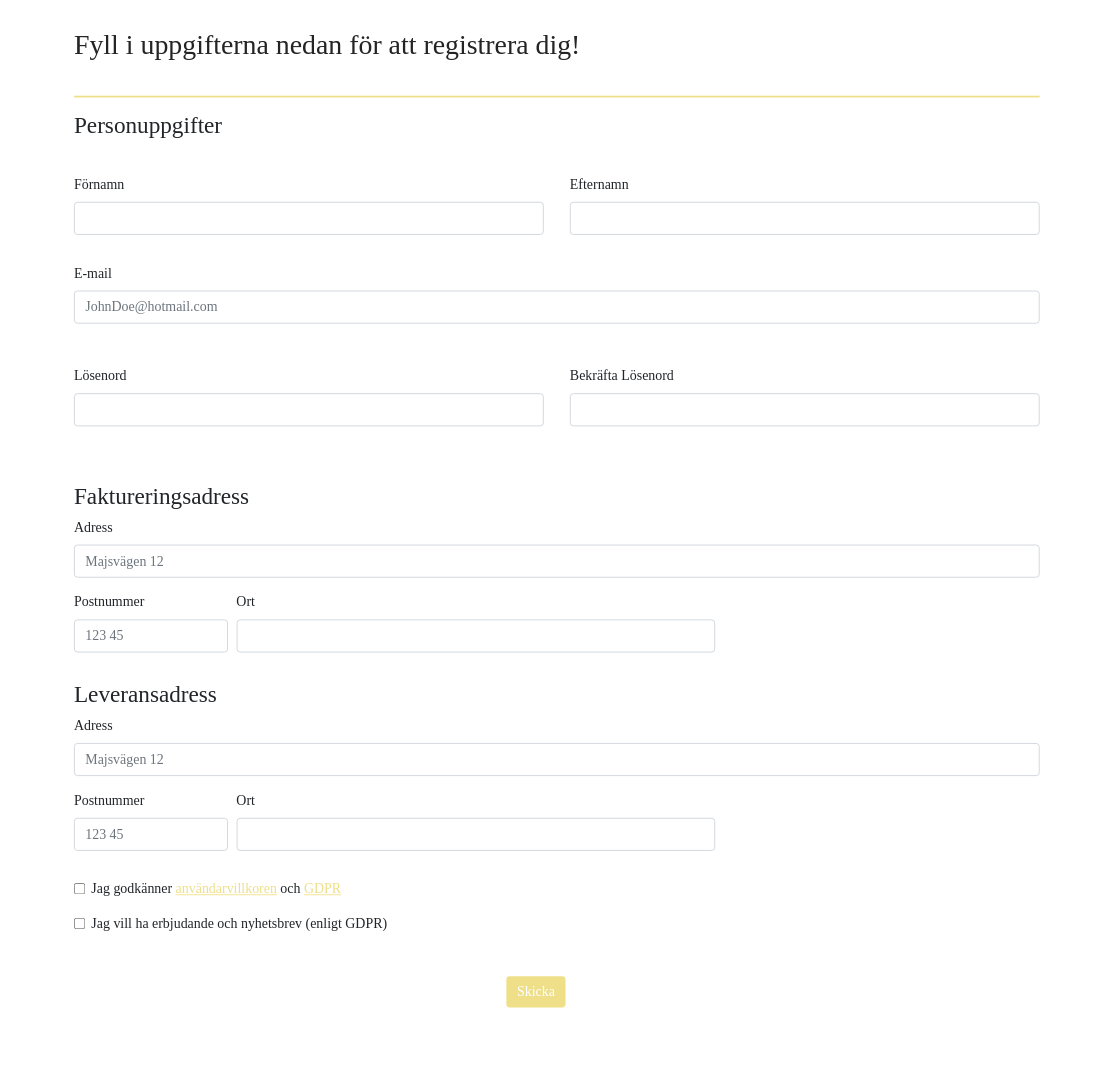
Repository: skepp4rn/Liamsuppgift3
Page: index.html
An editor plug-in stored every save of this project. The page is shown before and after a run of saves, followed by the edit.
The browser window is 1280 px wide. The pictures show the whole page, at 87% of full size.
Some web libraries are served in a nearby version.

Above is the page before, as saved 2020-12-06 13:31:23.
Console error (its wording comes from the project's code and is left out).

### index.html
<!DOCTYPE html>
<html lang="sv">
<head>
    <meta charset="UTF-8">
    <meta name="viewport" content="width=device-width, initial-scale=1.0">
    <script src="https://kit.fontawesome.com/ef4c0722a8.js" crossorigin="anonymous"></script>
    <link rel="stylesheet" href="https://cdn.jsdelivr.net/npm/bootstrap@4.5.3/dist/css/bootstrap.min.css" integrity="sha384-TX8t27EcRE3e/ihU7zmQxVncDAy5uIKz4rEkgIXeMed4M0jlfIDPvg6uqKI2xXr2" crossorigin="anonymous">
    <link rel="stylesheet" href="css/style.css">
     <title>Registreringsfromulär</title>
</head>
<body>


    <section class="container">
        <div class="formReg1">
            <h2>Fyll i uppgifterna nedan för att registrera dig!</h2>
        </div>
    </section>


    <form class="container" oninput='up2.setCustomValidity(up2.value != up.value ? "Passwords do not match." : "")'>
        <div class="line1"></div>
        <div>
            <h3>Personuppgifter</h3>
        </div>


        <div class="row">
            <div class="col">
                <label for="firstname">Förnamn</label>
                <input id="firstname" type="text" class="form-control" required>
            </div>

            <div class="col">
                <label for="lastname">Efternamn</label>
                <input id="lastname" type="text" class="form-control" required>
            </div>
        </div>


        <div class="form-group">
            <label for="exampleInputEmail1">E-mail</label>
            <input type="email" class="form-control" id="exampleInputEmail1" aria-describedby="emailHelp" placeholder="JohnDoe@hotmail.com" required>
        </div>


        <div class="row">
            <div class="col">
                <div class="form-group">
                    <label for="exampleInputPassword1">Lösenord</label>
                    <input type="password" class="form-control" name="up" id="exampleInputPassword1" required>
                </div>
            </div>
            <div class="col">
                <div class="form-group space">
                    <label for="exampleInputPassword2">Bekräfta Lösenord</label>
                    <input type="password" class="form-control" name="up2" id="exampleInputPassword2" required>
                </div>
            </div>
        </div>


        <div class="adress1"></div>
        <div>
            <h3>Faktureringsadress</h3>
        </div>


        <div class="form-group">
            <label for="inputAddress">Adress</label>
            <input type="text" class="form-control" id="inputAddress" placeholder="Majsvägen 12" required>
        </div>


        <div class="form-row">
            <div class="form-group col-md-2">
                <label for="inputZip">Postnummer</label>
                <input type="text" class="form-control" id="inputZip" placeholder="123 45" required>
            </div>
            <div class="form-group col-md-6 bottom">
                <label for="inputCity">Ort</label>
                <input type="text" class="form-control" id="inputCity" required>
            </div>
        </div>


        <div class="adress1"></div>
        <div>
            <h3>Leveransadress</h3>
        </div>


        <div class="form-group">
            <label for="inputAddress">Adress</label>
            <input type="text" class="form-control" id="inputAddress" placeholder="Majsvägen 12" required>
        </div>


        <div class="form-row">
            <div class="form-group col-md-2">
                <label for="inputZip">Postnummer</label>
                <input type="text" class="form-control" id="inputZip" placeholder="123 45" required>
            </div>
            <div class="form-group col-md-6 bottom">
                <label for="inputCity">Ort</label>
                <input type="text" class="form-control" id="inputCity" required>
            </div>
        </div>


        <div class="form-group form-check">
            <input type="checkbox" class="form-check-input" id="exampleCheck1" required>
            <label class="form-check-label" for="exampleCheck1">Jag godkänner <a class="linktext" href="anvandrarvillkor.html">användarvillkoren</a> och <a class="linktext" href="GDPR.html">GDPR</a></label>
        </div>


        <div class="form-group form-check">
            <input type="checkbox" class="form-check-input" id="exampleCheck2">
            <label class="form-check-label" for="exampleCheck1">Jag vill ha erbjudande och nyhetsbrev (enligt GDPR)</label>
        </div>


        <div class="button-center">
            <button formaction="thankyou.html" type="submit" class="colorbutton btn btn-primary">Skicka</button>
        </div>


        <div class="whitespace"></div>
    </form>

    <script src="https://cdn.jsdelivr.net/npm/bootstrap@4.5.3/dist/js/bootstrap.bundle.min.js" integrity="sha384-ho+j7jyWK8fNQe+A12Hb8AhRq26LrZ/JpcUGGOn+Y7RsweNrtN/tE3MoK7ZeZDyx" crossorigin="anonymous"></script>
</body>
</html>

### css/style.css
*{box-sizing:border-box}

html,body{margin:0;padding:0;font-family:'Times New Roman', Times, serif}
h3{font-size:20pt}.container{width:95vw;margin:auto}
.row{padding-top:2rem;display:grid;grid-template-columns:2fr;grid-template-rows:2fr 2fr}
.col{padding-bottom:2rem}
.whitespace{height:3rem}
@media (min-width: 768px){.row{display:grid;grid-template-rows:2fr;grid-template-columns:2fr 2fr}
.closepage{width:12vw;height:7vw !important;font-size:25pt}
.formReg1{grid-template-rows:15fr 1fr !important;padding-top:2rem;padding-bottom:2rem}
.thanks{width:70vw;margin:auto;height:40vw}
.thankyou{text-align:center;padding:2rem}}
@media (min-width: 1900px){.container{width:100vw !important}
.thanks{width:50vw;margin:auto;height:20vw}.tillbaka{width:12vw !important;height:2.5vw !important;font-size:20pt}
.formReg1{grid-template-rows:15fr 1fr !important;padding-top:2rem;padding-bottom:2rem}}
#firstname{color:#b6b6b6}
#lastname{color:#b6b6b6}
#exampleInputEmail1{color:#b6b6b6}
#exampleInputPassword1{color:#b6b6b6}
#exampleInputPassword2{color:#b6b6b6}
.button-center{padding: 2rem 3rem 3rem 0;display:flex;justify-content:center}
.colorbutton{background-color:#eedf88;border:none}
.line1{height:2px;background-color:#eedf88;margin-bottom:1rem}
.bottom{margin-bottom:2rem}
.linktext{color:#eedf88;text-decoration:underline}
.thanks{border:2px solid #eedf88;border-radius:10px;display:grid;grid-template-columns:1fr;grid-template-rows:3fr 1fr;justify-items:center;margin-top:8rem}
.thankyou{text-align:center;padding:2rem}
.closepage{background-color:#eedf88;border-radius:8px;text-align:center;width:40vw;height:7vw}
.closepage p{color:#ffffff;text-decoration:none}
.home{text-align:center}
.centrerade{display:grid;grid-template-columns:1fr;grid-template-rows:27fr 1fr;justify-items:center;margin:auto}
.gdpr{text-align:center}.welcome{padding-top:2rem;text-align:center}
.formReg1 h2{color:#242424}
.space{padding-bottom:1rem}

After the next 2 saves:
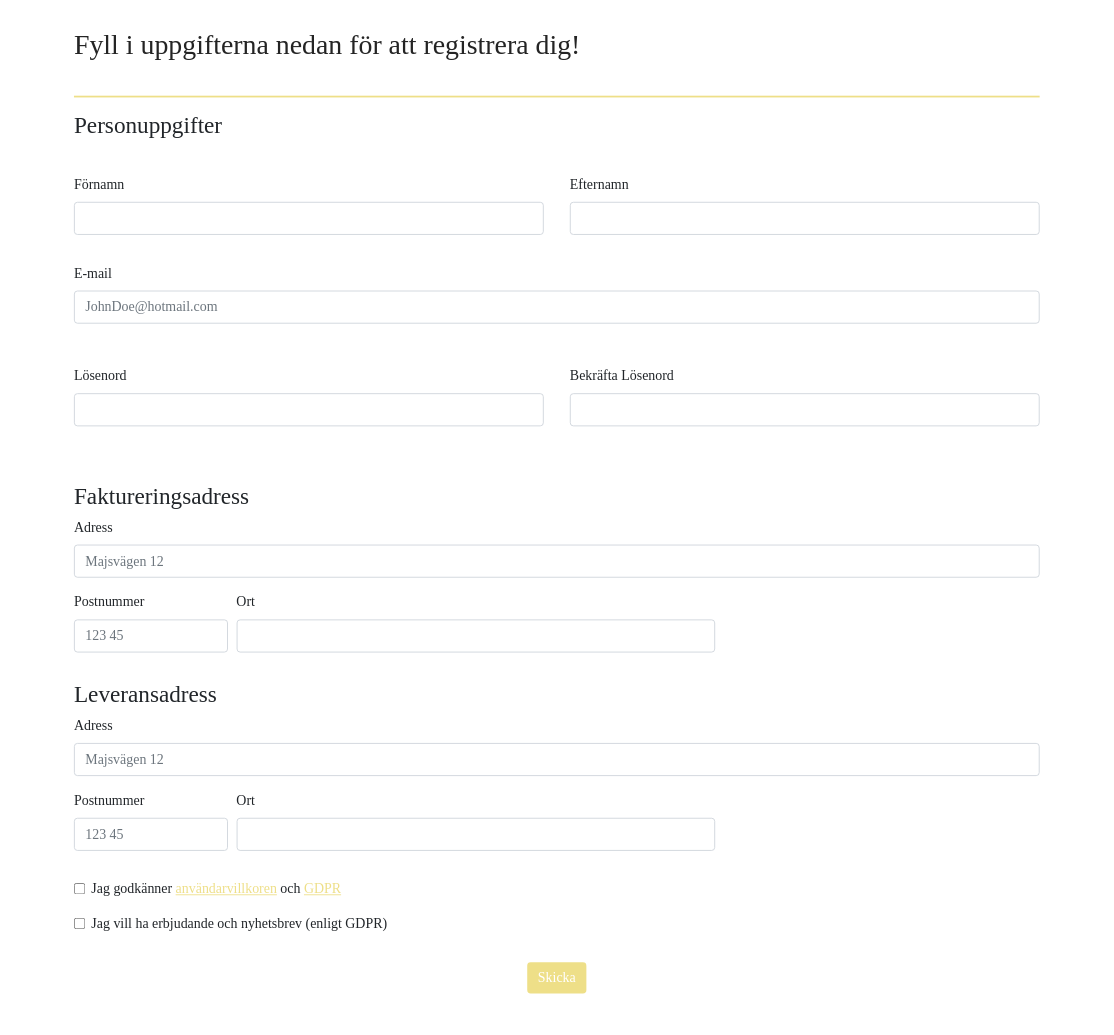
The 2 saves are shown as one change because they came seconds apart.
The last was saved 14 s later.
--- a/css/style.css
+++ b/css/style.css
@@ -18,7 +18,7 @@ h3{font-size:20pt}.container{width:95vw;margin:auto}
 #exampleInputEmail1{color:#b6b6b6}
 #exampleInputPassword1{color:#b6b6b6}
 #exampleInputPassword2{color:#b6b6b6}
-.button-center{padding: 2rem 3rem 3rem 0;display:flex;justify-content:center}
+.button-center{padding-top:1rem;display:flex;justify-content:center}
 .colorbutton{background-color:#eedf88;border:none}
 .line1{height:2px;background-color:#eedf88;margin-bottom:1rem}
 .bottom{margin-bottom:2rem}
